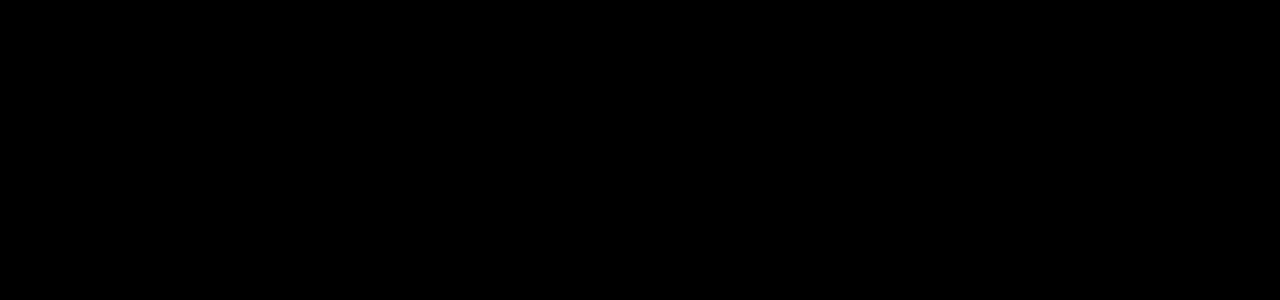
Repository: StacyLafume/particle-study-HTML5Canvas
Page: index.html
The author's editor kept a copy of each file at every save. The page is drawn from the files as they stood at one save, then again after the next save.
The browser window is 1280 px wide. The pictures show the whole page.
After loading, the first visible `#canvas1` was clicked once.

Above is the page before, as saved 2021-06-01 09:30:19.
Console error: ReferenceError: Particle is not defined

After the next save:
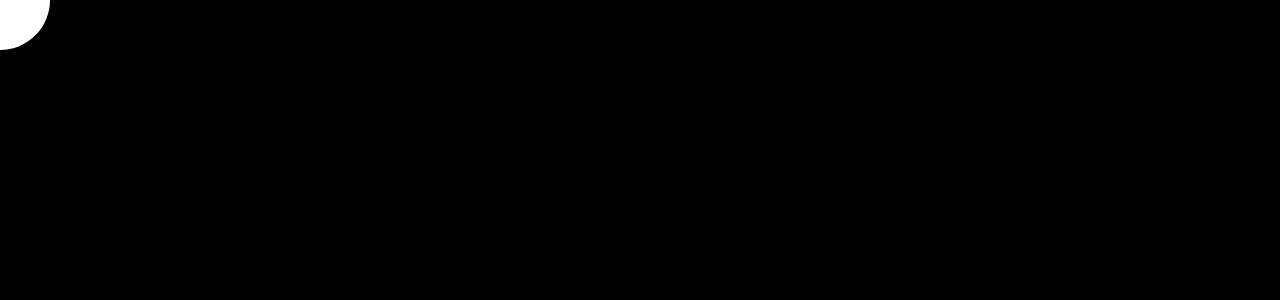
The error is gone.
Saved 32 s later.
--- a/main.js
+++ b/main.js
@@ -29,10 +29,10 @@
 canvas1.addEventListener('click', (event) => {
     mouse.x = event.x
     mouse.y = event.y
-    //drawCircle()
-    for (let index = 0; index < 5; index++) {
-        particleArray.push(new Particle())
-    }
+    drawCircle()
+    // for (let index = 0; index < 5; index++) {
+    //     particleArray.push(new Particle())
+    // }
 })
 // canvas1.addEventListener('mousemove', (event) => {
 //     mouse.x = event.x
@@ -74,23 +74,23 @@
 // init();
 // console.log(particleArray)
 
-const handleParticles = () => {
-    for (let i = 0; i < particleArray.length; i++) {
-        particleArray[i].update();
-        particleArray[i].draw();
-        if (particleArray[i].size <= 0.3) {
-            particleArray.splice(i, 1)
-            i--;
-            console.log('length',particleArray.length)
-        }
-    }
-}
+// const handleParticles = () => {
+//     for (let i = 0; i < particleArray.length; i++) {
+//         particleArray[i].update();
+//         particleArray[i].draw();
+//         if (particleArray[i].size <= 0.3) {
+//             particleArray.splice(i, 1)
+//             i--;
+//             console.log('length',particleArray.length)
+//         }
+//     }
+// }
 
-const animate = () => {
-    //ctx1.clearRect(0, 0, canvas1.width, canvas1.height)
-    // ctx1.fillStyle ='black'
-    // ctx1.fillRect = (0,0, canvas1.width, canvas1.height )
-    handleParticles()
-    requestAnimationFrame(animate)
-}
-animate()
+// const animate = () => {
+//     //ctx1.clearRect(0, 0, canvas1.width, canvas1.height)
+//     // ctx1.fillStyle ='black'
+//     // ctx1.fillRect = (0,0, canvas1.width, canvas1.height )
+//     handleParticles()
+//     requestAnimationFrame(animate)
+// }
+// animate()
